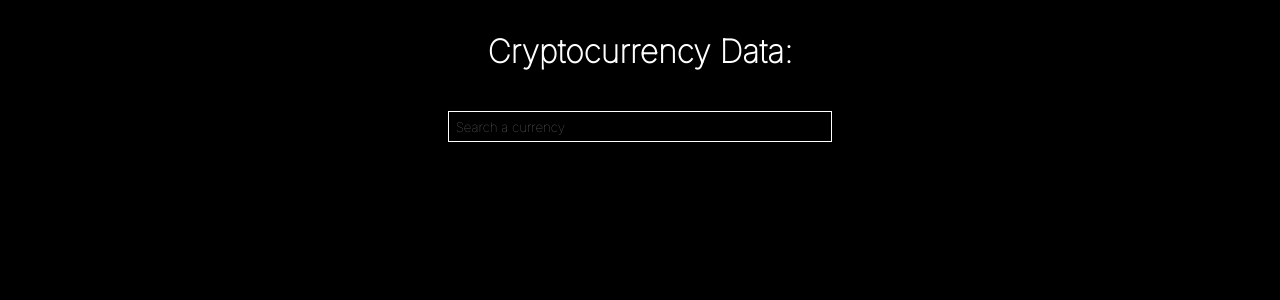
Repository: alejandroacd/cryptocurrency-market
Page: /
The author's editor kept a copy of each file at every save. The page is drawn from the files as they stood at one save, then again after the next save.
The browser window is 1280 px wide. The pictures show the whole page.
The page's requests for data from a server got no answer. The project was rebuilt for these pictures with package versions that can differ from the ones it lists, and the page was loaded fresh each time. No one was signed in, and anything a server would have sent is missing. Also part of the build but not shown: src/Currency.js.

Above is the page before, as saved 2021-07-18 14:19:28.

### src/App.js
import Axios from 'axios';
import React, {useEffect, useState}  from 'react'
import './App.css';
import Currency from './Currency';


function App() {
  const [values,setValue] = useState([]);
  const [search,setSearch] = useState('')


  useEffect(() => {
    Axios.get('https://api.coingecko.com/api/v3/coins/markets?vs_currency=usd&order=market_cap_desc&per_page=100&page=1&sparkline=false')
    .then(resp => {
      setValue(resp.data)
    })
    .catch(err => {
      console.log(err)
    })
  }, [])

  const handleChange = (e) => {
    setSearch(e.target.value)
  }

  const finalValues = values.filter(value => value.name.toLowerCase().includes(search.toLowerCase()))


  return (
    <div className="App">
      <h1 className="title_page">Cryptocurrency Data:</h1>
      <div className='input-container'>
        <form>
          <input className='crypto_name' placeholder="Search a currency" type="text" onChange={handleChange}></input>
        </form>
      </div>
      {finalValues.map(value => {
        return (
          <Currency
          key={value.id}
          cryptoName={value.name}
          image={value.image}
          price={value.current_price}
          symbol={value.symbol}
          volume={value.market_cap}
          priceChange={value.price_change_percentage_24h}
          marketcap={value.total_volume}
           />
        )
      })}

    </div>
  );
}

export default App;

### src/App.css
@import url('https://fonts.googleapis.com/css2?family=Inter:wght@100&display=swap');


/*




*/

* {
  box-sizing: border-box;
  margin: 0;
  padding: 0;
  background-color: black;
  color:white;
  font-family: 'Inter', sans-serif;

}

.title_page {
  margin-top:1em;
}
.App {
  text-align: center;
  background: linear-gradient(-45deg, #171717, #444444, #171717, #444444);
  background-size: 400% 400%;
  animation: gradient 15s ease infinite;
}

.input-container form input {
  margin:3em;
  border: 1px solid white;
}

@keyframes gradient {
  0% {
      background-position: 0% 50%;
  }
  50% {
      background-position: 100% 50%;
  }
  100% {
      background-position: 0% 50%;
  }
}

### src/Currency.css
.currency_container {
    display:flex;
    justify-content: space-between;
    flex-direction: row;
    justify-items: start;
    height: 80px;
    align-items: center;
    border-bottom: 1px solid black;
    width: 85%;
    margin: 0 auto;
}

.currency {
    display:flex;
    align-items: center;
    justify-content: space-between;
    width: 25%;
}

.currency img {
    height: 30px;
    width: 30px;
}

.currency_data {
    display:flex;
    flex-direction: row;
    width: 75%;
    justify-content: space-around;
    align-items: center;
}

.currency h1 {
    font-size:1em;
}

.currency_price {
    width: 110px;
}

.currency_volume {
    width: 155px;
}

.currency_marketcap {
    display:flex;
    width: 230px;
    font-weight: bold;
}

.currency_symbol {
    width: 50px;
}
.crypto_name {
    padding: 0.5em;
    margin: 0 auto;
    width: 30%;
}
.red {
    color:#CD113B;
}

.green {
    color:#66DE93;
}

@media only screen and (max-width: 600px) {
    .currency_container {
        width: 90%;
    }

    .currency_container .currency {
        width: 50%;
    }
    .currency_data {
        width: 50%;
    }
    .currency_data .currency_price  .currency_percent {
        font-size: 0.7rem;

    }
    .currency_data .currency_volume {
        display: none;
    }

    .currency_marketcap {
        display:none;
    }
    .crypto_name {
        width: 70%;

    }

}

Loaded but not shown: public/index.html (common file); src/index.js (common file)

After the next save:
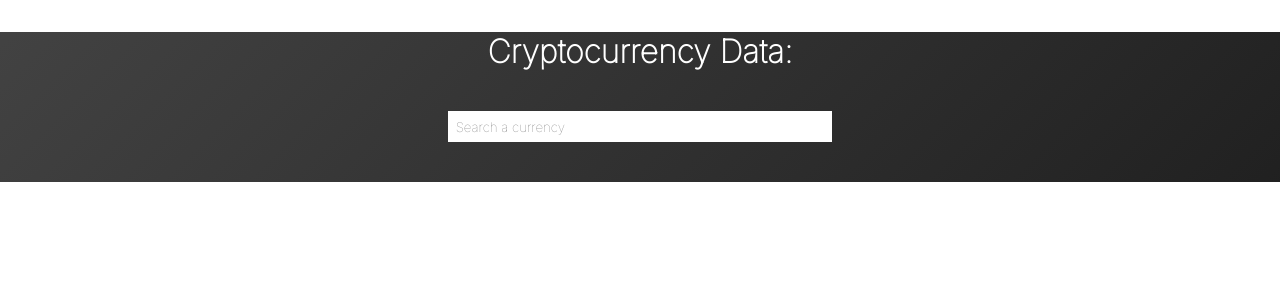
Saved 38 s later.
--- a/src/App.css
+++ b/src/App.css
@@ -12,7 +12,7 @@
   box-sizing: border-box;
   margin: 0;
   padding: 0;
-  background-color: black;
+
   color:white;
   font-family: 'Inter', sans-serif;
 

After the save that followed:
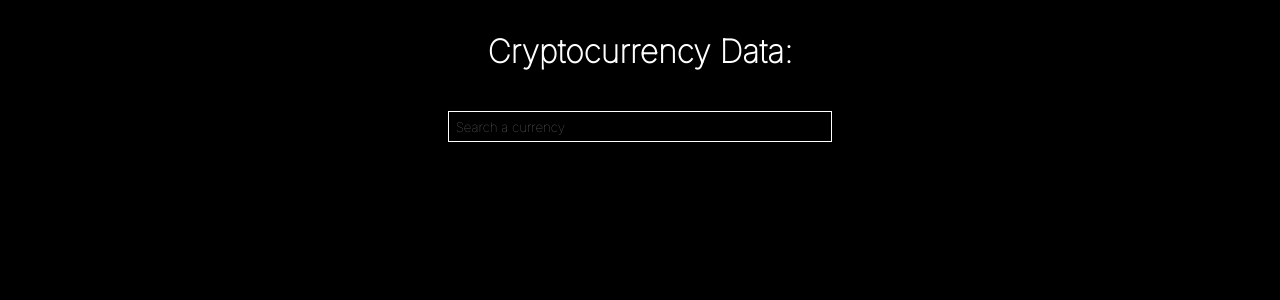
Saved 8 s later.
--- a/src/App.css
+++ b/src/App.css
@@ -12,7 +12,7 @@
   box-sizing: border-box;
   margin: 0;
   padding: 0;
-
+  background-color: black;
   color:white;
   font-family: 'Inter', sans-serif;
 
